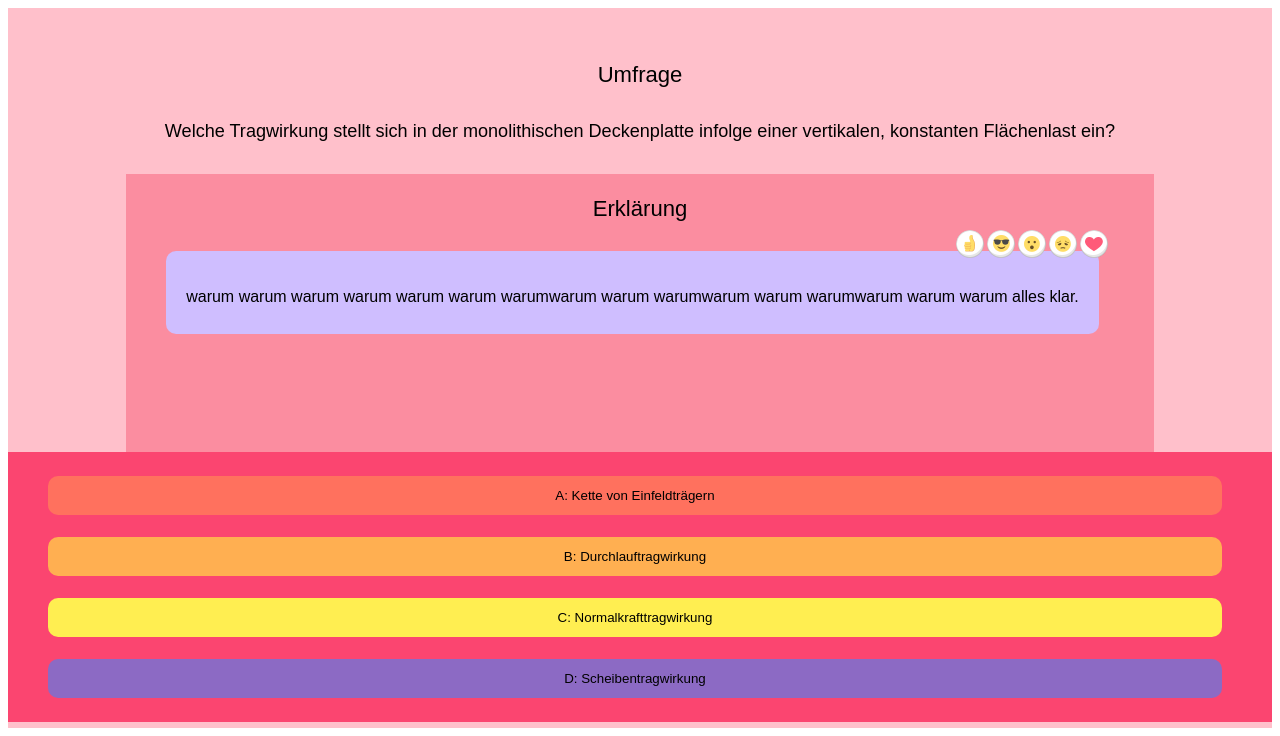
Repository: HyunraDate/Quinlan
Page: /Erklaerung
An editor plug-in stored every save of this project. The page is shown before and after the next save, followed by the edit.
The browser window is 1280 px wide. The pictures show the whole page.
The project was rebuilt for these pictures with package versions that can differ from the ones it lists, and the page was loaded fresh each time. Also part of the build but not shown: vite.config.js, src/views/Ergebnis1.vue, src/views/Ergebnis2.vue.

Above is the page before, as saved 2023-07-25 15:17:20.

### index.html
<!DOCTYPE html>
<html lang="en">
  <head>
    <meta charset="UTF-8" />
    <link rel="icon" type="image/svg+xml" href="/vite.svg" />
    <meta name="viewport" content="width=device-width, initial-scale=1.0" />
    <title>Vite + Vue</title>
  </head>
  <body>
    <div id="app"></div>
    <script type="module" src="/src/main.js"></script>
    <script
    src="https://cdnjs.cloudflare.com/ajax/libs/echarts/5.4.1/echarts.min.js"
    integrity="sha512-OTbGFYPLe3jhy4bUwbB8nls0TFgz10kn0TLkmyA+l3FyivDs31zsXCjOis7YGDtE2Jsy0+fzW+3/OVoPVujPmQ=="
    crossorigin="anonymous"
    referrerpolicy="no-referrer">
    </script>

  </body>
</html>

### src/main.js
import { createApp } from 'vue'
// import './style.css'
import './utils/rem'
import App from './views/FragePage.vue'
import router from './router'
import * as echarts from 'echarts/core'

const app=createApp(App)//用const = 去挂载
app.use(router) //要先use哦
app.provide("ec", echarts);

// app.config.globalProperties.$axios = axios.create({
//     baseURL: 'http://localhost:8000', // 设置axios的基本URL
//     headers: {
//     // 设置axios请求的头部信息
//     }
// });

//createApp(app).mount('#app')
app.mount('#app')

### src/utils/rem.js
//rem等比适配配置文件
// 基准大小
const baseSize = 16
// 设置 rem 函数
function setRem () {
        // 当前页面宽度相对于 1920宽的缩放比例，可根据自己需要修改。
    const scale = document.documentElement.clientWidth / 1920
    // 设置页面根节点字体大小（“Math.min(scale, 2)” 指最高放大比例为2，可根据实际业务需求调整）
    document.documentElement.style.fontSize = baseSize * Math.min(scale, 2) + 'px'
    // 初始化
    setRem()
    // 改变窗口大小时重新设置
    rem.window.onresize = function () { setRem() }
}

### src/views/FragePage.vue
<!-- <template>
    <div>
    <div class="flex-col page">
        <div class="flex-col items-center">
          span class="font_1">Umfrage</span>
      <br/>

      <body onload="run()">
        wird in <span id="spanId" style="color:#FE9637">60</span>Sekunden springen!
      </body>
    </div>
</template> -->
<script>
// import { useStore } from '@store/index'
// //先引入useRouter
// import { useRouter } from 'vue-router'

// export default {
//   const store = useStore()
//   const router = useRouter()
//   //通过定义一个方法，使用Router进行跳转
//   const test =()=>
//   router.push()
// }

// import { useRouter , useRoute } from 'vue-router'

// setup(){
//     const $router=useRouter()
//     const $route=useRoute()

//     // 对象 $router.push()可以向history对象添加新记录
//     $router.push({ path: 'Ergebnis1' })
// }


// return {
//   store,
//   //这里暴露test方法
//   test
// }
// 页面一加载完成，该方法就会执行
// 读秒，一秒钟数字改变一次

// export default { 唔可以系setup度用
//   methods: {
//     scrollTo(target) {
//       const element = this.$refs[target];
//       element.scrollIntoView({ behavior: 'smooth' });
//     }
//   }
// }

var x = 60;
var select = "Step3.html";

function run(){
  // 获取到的是span标签的对象
  var span = document.getElementById("spanId");
  // 获取span标签中间的文本
  span.innerHTML = x;
  x--;
  // 再让run方法执行呢，一秒钟执行一次
  if(x < 0)window.location = select;
  else window.setTimeout("run()", 1000);

};

function test(click){
  select = click;
}

export default {
  data() {
    return {
      isDisabled: false,
      showButton: true,
    };
  },
  //Falls du die Btns nicht zeigen möchtest
  // beforeRouteEnter(to, from, next) {
  //   next(vm => {
  //     vm.showButton = false
  //   })
  // },
  // mounted() {
  //   // 在页面加载时显示按钮
  //   this.showButton = true;
  // },
  // beforeDestroy() {
  //   // 在页面销毁之前隐藏按钮
  //   this.showButton = false;
  // },

  methods:{
    option1:function(){
      console.log(this.$router);
      // this.$router.plus('/') 这里跳转不了欸
      //this.$router.push({path:"/"}) //传入对象 但也跳转不了欸 push!唔系plus啊死蠢！
      //this.showButton = false;

      //带参数
      this.$router.push({path:'/Ergebnis1'}) //成功跳转了！！okok!!
      //this.$router.push({name:"almond",params:{id:Chocolat}}) //传参 这里传不到欸 // 试一下传right
      },

      option2:function(){
        console.log(this.$router);
        //this.showButton = false; //hier zeigt die Button nicht mehr, wie du möchtest

        //带参数
        this.$router.push({path:'/Ergebnis2'}) //成功跳转了！！okok!!
        //如果要动态传参

        //this.$router.push({name:"Ergebnis2",params:{id:A}}) //传参 这里传不到欸 // 试一下传worong
      },

      onClick() {
        // 在点击事件监听器中禁用按钮
        this.isDisabled = true;
        // 在每个按钮上使用 v-bind:disabled 指令，将其值绑定为 isDisabled，
        //当 isDisabled 为 true 时，按钮将被禁用。
        console.log("Button clicked")
      },
  },


}
</script>

<template>
<body >
<div>
  <!-- <div class="flex-col page"> </div>  太占位啦！-->
    <div class="flex flex-col items-center">
    <br/><br/><br/>
    <span class="font_1">Umfrage</span>
    <!--style="{
      margin: 0;
      font-size: 1.38rem;
      font-family: Inter;
      line-height: 1.63rem;
      color: #000000;
      font-family: 'Work Sans', sans-serif;
      text-align: center;
      }"-->
    <!-- <br/><br/> -->
    <span class="text">
    Welche Tragwirkung stellt sich in der monolithischen Deckenplatte infolge einer vertikalen, konstanten
    Flächenlast ein?
    </span>
  <router-view/>

<!-- onload="run()" 这里加载不了 这个onload function欸-->
<!-- wird in <span id="spanId" style="color:#FE9637">60</span>Sekunden springen! -->
</div>



<!-- 要页面跳转了
1、 router-link: <router-link to='/testDemo'>
                <button>点击跳转2</button>
                </router-link>

2、 this.$router.push('/a')
3、 get params ->  console.log(this.$route.params.a); -->
<div class="flex-col group space-y-22">

  <!-- <router-link to="Ergebnis2"><button class="flex-col justify-start items-center text-wrapper " type="submit">A: Kette von Einfeldträgern</button></router-link> -->
  <!-- <button class="flex-col justify-start items-center text-wrapper " type="submit" a href="Step3.html">A: Kette von Einfeldträgern</button> -->


  <!-- <router-link to="Ergebnis1"><button class="flex-col justify-start items-center text-wrapper_2 " type="submit">B: Durchlauftragwirkung</button></router-link> -->

  <!-- <router-link to="Ergebnis2"><button class="flex-col justify-start items-center text-wrapper_3" type="button">C: Normalkrafttragwirkung</button>
  </router-link> -->
<button v-on:click="onClick" :disabled="isDisabled" v-if="showButton" id ="A" class="flex-col justify-start items-center text-wrapper " type="submit" @click="option2">A: Kette von Einfeldträgern</button>

<button v-on:click="onClick" :disabled="isDisabled" v-if="showButton" id ="B" class="flex-col justify-start items-center text-wrapper_2" type="button" @click="option1">B: Durchlauftragwirkung</button>

<button v-on:click="onClick" :disabled="isDisabled" v-if="showButton" id ="C" class="flex-col justify-start items-center text-wrapper_3" type="button" @click="option2">C: Normalkrafttragwirkung</button>

<button v-on:click="onClick" :disabled="isDisabled" v-if="showButton" id ="D" class="flex-col justify-start items-center text-wrapper_4" type="button" @click="option2">D: Scheibentragwirkung</button>
</div>
</div>

</body>
</template>

<style scoped>
@import url("../css/halloween.css"); /*src = . */
/* .font_1{ /* didnt work
  position: center;
  } */

/*
使用深度选择器来写使样式生效。
有两种写法：

.a >>> .b {}
.a /deep/ .b
当你子组件使用了 scoped 但在父组件又想修改子组件的样式可以 通过 >>> 来实现：

<style scoped>
.a >>> .b { /* ...


将会编译成
.a[data-v-f3f3eg9] .b {
  /* ... */

</style>

### src/router/index.js
import {
    createRouter,
    createWebHashHistory,
    createWebHistory
  } from 'vue-router'

  // 1. 定义路由组件.
  // 也可以从其他文件导入

  // import Home from '../views/Home.vue'
  // import App from './App.vue' 原App好像不需要引入？
  import FragePage from '../views/FragePage.vue'
  import Ergebnis1 from '../views/Ergebnis1.vue' //1=true
  import Ergebnis2 from '../views/Ergebnis2.vue' //2=falsh
  import Erklaerung  from '../views/Erklaerung.vue'

  //import Step3 from '../views/Step3.html'


  //路由懒加载，用到时再加载（咪时好大，load又耐）
  // const About=()=>import('../views/About.vue') //然后Home放在下面path component后面就行啦
  //我加载不到惹

  // 2. 定义一些路由
  // 每个路由都需要映射到一个组件。
  // 我们后面再讨论嵌套路由。(hier写路由表)
  const routes = [

    /*{
      path:"/.id",
      redirect:(to)=>{
        console.log(to);
        return{path:"/.home"}
      } //都跳转不了欸 No match found for location with path "/home"
    },
    */

    /*{
      path: '/about',
      redirect: (to)=> {
        return {
          path: '/'
        }
      }
    },*/

    // { //这个Home的Hey已经能加载出来了欸
    //   path: '/',
    //   name:"home",
    //   component: Home
    // },

    {
        path: '/FragePage',
        component: FragePage
    },



  //   { path: '/about',
  //   component: About },

  //   { path: '/OptionA/:id', //路径参数 用冒号 : 表示。当一个路由被匹配时，它的 params 的值将在每个组件中以 this.$route.params 的形式暴露出来。
  //   component: OptionA },

    {
      path: "/Ergebnis1", //Ergebnis也成功挂载到了！
      component: Ergebnis1
    },
    {
      path: "/Ergebnis2", //Ergebnis也成功挂载到了！
      component: Ergebnis2
    },


    //Set动态路由 因为选项ABCD

    //     path: "/Sweet/:id*", //this is 动态参数啦 d.h 动态路由啦， i dont care what id u r ~
    //     //参数可有可无，但参数不能重复叠加
    //     //path:"/sweet/id?",
    //     component: Sweet
    //   },
    // {
    //   path: "/Step3", //这里要双引号哦
    //   component: Step3
    // },

    {
      path: "/Erklaerung", //这里要双引号哦
      component: Erklaerung
    },

    //   {
    //     path: "/Piggie",
    //     alias: ['/Airi','/Kazeo'], //你嘅nickname, two or more就用数组, 直接系导航栏输入path就得啦
    //     component: Piggie //为什么Piggie的子页面跳转不出来？而是home ->重新打Piggie的内容刷新就得啦！
    //   },

    //   {
    //     name: "almond", //路由名就叫sweet
    //     path: "/Sweet/:id*", //this is 动态参数啦 d.h 动态路由啦， i dont care what id u r ~
    //     //参数可有可无，但参数不能重复叠加
    //     //path:"/sweet/id?",
    //     component: Sweet
    //   },

    //   {
    //     //动态路由 参数一定是数字
    //     path: "/alcohol/:id",
    //     component: Alcohol,
    //     props:true
    //   },
  ]

  // 3. 创建路由实例并传递 `routes` 配置
  // 你可以在这里输入更多的配置，但我们在这里
  // 暂时保持简单
  const router = createRouter({
    // 4. 内部提供了 history 模式的实现。为了简单起见，我们在这里使用 hash 模式。 (Hash有#)
    //**hash不会向服务器发送请求！ */
    //history: createWebHashHistory(),

    //为了漂亮就用History模式，这样路径里就没有#号啦
    history: createWebHistory(),
    routes, // `routes: routes` 的缩写
  })

  //This is 全局守卫 （全球守卫）
  router.beforeEach((to, form, next) => {
    console.log(to);
    console.log(form);
    next()//like通行证
  })


  export default router

### src/css/halloween.css
/* 语法 @media mediaType and|not|only (media feature) {
  /*CSS-Code;*/
  /* 3、css中的vh和vm
  vh和vm是相对视口区域的宽高，即浏览器可视区域

  vw：1vw等于视口宽度的1%。
  vh：1vh等于视口高度的1%。

  使用场景：页面头部和尾部固定，中间内容若高度超出，则出现滚动条，但是整个页面不出现滚动条，
  在此情况下就要计算中间内容的高度，可以使用vh解决 */

  /* :root { why didnt work??
  font-family: 'Work Sans', sans-serif;
  line-height: 1.5;
  font-weight: 400;

  color-scheme: light dark;
  color: rgba(255, 255, 255, 0.87);
  background-color: #242424;

  font-synthesis: none;
  text-rendering: optimizeLegibility;
  -webkit-font-smoothing: antialiased;
  -moz-osx-font-smoothing: grayscale;
  -webkit-text-size-adjust: 100%;
  } */

  /* // 最大宽度为1280 （width-max: 1280）*/
@media (width: 100vw) {
  html {
    font-size: 1.88rem;
    font-weight: 500;
    font-family: 'Work Sans', sans-serif;
  }

  body {
    background: pink;
    height:100vh;
    margin: 0;
    -webkit-font-smoothing: antialiased;
    -moz-osx-font-smoothing: grayscale;

  }

  body * {
    box-sizing: border-box;
    flex-shrink: 0;
  }

  button {
    border-width: 0px;
    border-radius: 0.63rem;
  }
  button:hover{
    border:2px solid #FE9637;
    box-shadow:rgba(251, 161, 72, 0.66) 0 0 5px;
    transition:all .2s;
  }
  .flex-row {
    display: flex;
    flex-direction: row;
  }

  .flex-col {
    display: flex;
    flex-direction: column;
  }

  .justify-start {
    justify-content: flex-start;
  }

  .justify-end {
    justify-content: flex-end;
  }

  .justify-center {
    justify-content: center;
  }

  .justify-between {
    justify-content: space-between;
  }

  .justify-around {
    justify-content: space-around;
  }

  .justify-evenly {
    justify-content: space-evenly;
  }

  .items-start {
    align-items: flex-start;
  }

  .items-end {
    align-items: flex-end;
  }

  .items-center {
    align-items: center;
  }

  .items-baseline {
    align-items: baseline;
  }

  .items-stretch {
    align-items: stretch;
  }

  .self-start {
    align-self: flex-start;
  }

  .self-end {
    align-self: flex-end;
  }

  .self-center {
    align-self: center;
  }

  .self-baseline {
    align-self: baseline;
  }

  .self-stretch {
    align-self: stretch;
  }

  .flex-1 {
    flex: 1 1 0%;
  }

  .flex-auto {
    flex: 1 1 auto;
  }

  .grow {
    flex-grow: 1;
  }

  .grow-0 {
    flex-grow: 0;
  }

  .shrink {
    flex-shrink: 1;
  }

  .shrink-0 {
    flex-shrink: 0;
  }

  .relative {
    position: relative;
  }

  .font_1 {
    font-size: 1.38rem;
    font-family: Inter;
    line-height: 1.63rem;
    color: #000000;
    font-family: 'Work Sans', sans-serif;
    text-align: center;
  }

  .text {
    margin: 2rem;
    color: #000000;
    font-size: 1.13rem;
    font-family: Inter;
    line-height: 1.38rem;
    text-align: center;
    font-family: 'Work Sans', sans-serif;
  }
  /* .group {
    margin-top: 2rem;
    padding: 0 1.88rem;
  } */
  /* .space-y-22 > *:not(:first-child) {
    margin-top: 1.38rem;
  } */
  .text-wrapper {
    margin-right: 0.63rem;
    padding: 0.75rem 0;
    background-color: #FF715E;
  }
  .font_2 {
    font-size: 1rem;
    font-family: Inter;
    line-height: 0.97rem;
    color: #000000;
    font-family: 'Work Sans', sans-serif;
  }
  .text-wrapper_2 {
    margin-right: 0.63rem;
    padding: 0.75rem 0;
    background-color: #ffaf51;
    outline: none;
  }
  .text-wrapper_3 {
    margin-right: 0.63rem;
    padding: 0.75rem 0;
    background-color: #FFEE51;
  }
  .text-wrapper_4 {
    margin-right: 0.63rem;
    padding: 0.75rem 0;
    background-color: #8C6AC4;
  }
}
.group {
  padding-top: 1.5rem ;
  padding-bottom: 1.5rem ;
  padding-left: 2.5rem;
  padding-right: 2.5rem;
  background-color: #FB4570;
}

/* inportant! space between every Options! */
.space-y-22 > *:not(:first-child) {
  margin-top: 1.38rem;
}

### src/views/Erklaerung.vue
<template>
    <html lang="en">
  <!-- <head>
    <meta charset="UTF-8" />
    <meta http-equiv="X-UA-Compatible" content="IE=edge" />
    <meta name="viewport" content="width=device-width, initial-scale=1.0" />
    <title>codefun</title>
    <link rel="stylesheet" href="./Step4.css" />
    <script type="text/javascript" src="./Step4.js"></script>
  </head> -->
  <body>
    <div class="flex-col page space-y-10">
      <span class="self-center text">Erklärung</span>
      <div class="flex-col justify-start relative group">
        <div class="flex-col justify-start items-start text-wrapper">
          <span class="text_2">
            warum warum warum warum warum warum warumwarum warum warumwarum warum warumwarum warum warum alles klar.
          </span>
        </div>
        <img
          class="image pos_3"
          src="../images/surprise.png"
        />
        <img
          class="image pos_2"
          src="../images/cool.png"
        />
        <img
          class="image pos"
          src="../images/like.png"
        />
        <img
          class="image pos_5"
          src="../images/heart.png"
        />
        <img
          class="image pos_4"
          src="../images/sad.png"
        />
      </div>
      <!--<img
        class="self-end image_2"
        src="https://codefun-proj-user-res-1256085488.cos.ap-guangzhou.myqcloud.com/63986c125a7e3f0310fdabbc/63986c59717ee30011312a06/16709407860648366536.png"
      /> -->
    </div>
  </body>
</html>
</template>

<style scoped>
@import url("../css/Step4.css");
</style>

### src/css/Step4.css
html {
    font-size: 16px;
  }

  body {
    margin: 0;
    font-family: 'Work Sans', sans-serif;
    -webkit-font-smoothing: antialiased;
    -moz-osx-font-smoothing: grayscale;
    width: 100vw;
    height: 100vh;
  }

  body * {
    box-sizing: border-box;
    flex-shrink: 0;
  }

  /* .flex-row {
    display: flex;
    flex-direction: row;
  } */

  .flex-col {
    display: flex;
    flex-direction: column;
  }

  .justify-start {
    justify-content: flex-start;
  }

  .justify-end {
    justify-content: flex-end;
  }

  .justify-center {
    justify-content: center;
  }

  .justify-between {
    justify-content: space-between;
  }

  .justify-around {
    justify-content: space-around;
  }

  .justify-evenly {
    justify-content: space-evenly;
  }

  .items-start {
    align-items: flex-start;
  }

  .items-end {
    align-items: flex-end;
  }

  .items-center {
    align-items: center;
  }

  .items-baseline {
    align-items: baseline;
  }

  .items-stretch {
    align-items: stretch;
  }

  .self-start {
    align-self: flex-start;
  }

  .self-end {
    align-self: flex-end;
  }

  .self-center {
    align-self: center;
  }

  .self-baseline {
    align-self: baseline;
  }

  .self-stretch {
    align-self: stretch;
  }

  .flex-1 {
    flex: 1 1 0%;
  }

  .flex-auto {
    flex: 1 1 auto;
  }

  .grow {
    flex-grow: 1;
  }

  .grow-0 {
    flex-grow: 0;
  }

  .shrink {
    flex-shrink: 1;
  }

  .shrink-0 {
    flex-shrink: 0;
  }

  .relative {
    position: relative;
  }

  .page {
    padding-top: 1.5rem ;
    padding-bottom: 4rem ;
    padding-left: 2.5rem;
    padding-right: 2.5rem;
    background-color: #FB8DA0;
  }
  .space-y-10 > *:not(:first-child) {
    margin-top: 0.63rem;
  }
  .text {
    color: #000000;
    font-size: 1.38rem;
    font-family: Inter;
    line-height: 1.34rem;
    font-family: 'Work Sans', sans-serif;
  }
  .group {
    padding-top: 1.31rem;
    height: 9.88rem;
  }
  .text-wrapper {
    margin-right: 0.94rem;
    padding: 2.25rem 0 1.75rem;
    background-color: #cfbeff;
    border-radius: 0.63rem;
  }
  .text_2 {
    margin: 0 1.25rem;
    color: #000000;
    font-size: 1rem;
    font-family: Inter;
    line-height: 1.19rem;
    font-family: 'Work Sans', sans-serif;
  }
  .image {
    width: 1.75rem;
    height: 1.75rem;
  }
  .pos_3 {
    position: absolute;
    right: 4.25rem;
    top: 0;
    border-radius: 50%;
    border:none;
    }

  .pos_3:hover{
    border:2px solid #FE9637;
    box-shadow:rgba(251, 161, 72, 0.66) 0 0 5px;
    transition:all .2s;
    }

  .pos_2 {
    position: absolute;
    right: 6.19rem;
    top: 0;
    border-radius: 50%;
    border:none;
    }

  .pos_2:hover{
    border:2px solid #FE9637;
    box-shadow:rgba(251, 161, 72, 0.66) 0 0 5px;
    transition:all .2s;
    }

  .pos {
    position: absolute;
    right: 8.13rem;
    top: 0;
    border-radius: 50%;
    border:none;
    }

  .pos:hover{
    border:2px solid #FE9637;
    box-shadow:rgba(251, 161, 72, 0.66) 0 0 5px;
    transition:all .2s;
    }

  .pos_5 {
    position: absolute;
    right: 0.38rem;
    top: 0;
    border-radius: 50%;
    border:none;
    }

  .pos_5:hover{
    border:2px solid #FE9637;
    box-shadow:rgba(251, 161, 72, 0.66) 0 0 5px;
    transition:all .2s;
    }

  .pos_4 {
    position: absolute;
    right: 2.31rem;
    top: 0;
    border-radius: 50%;
    border:none;
    }

  .pos_4:hover{
    border:2px solid #FE9637;
    box-shadow:rgba(251, 161, 72, 0.66) 0 0 5px;
    transition:all .2s;
    }

  .image_2 {
    width: 6.31rem;
    height: 2.19rem;
    margin-top: 0.63rem;
  }

After the next save:
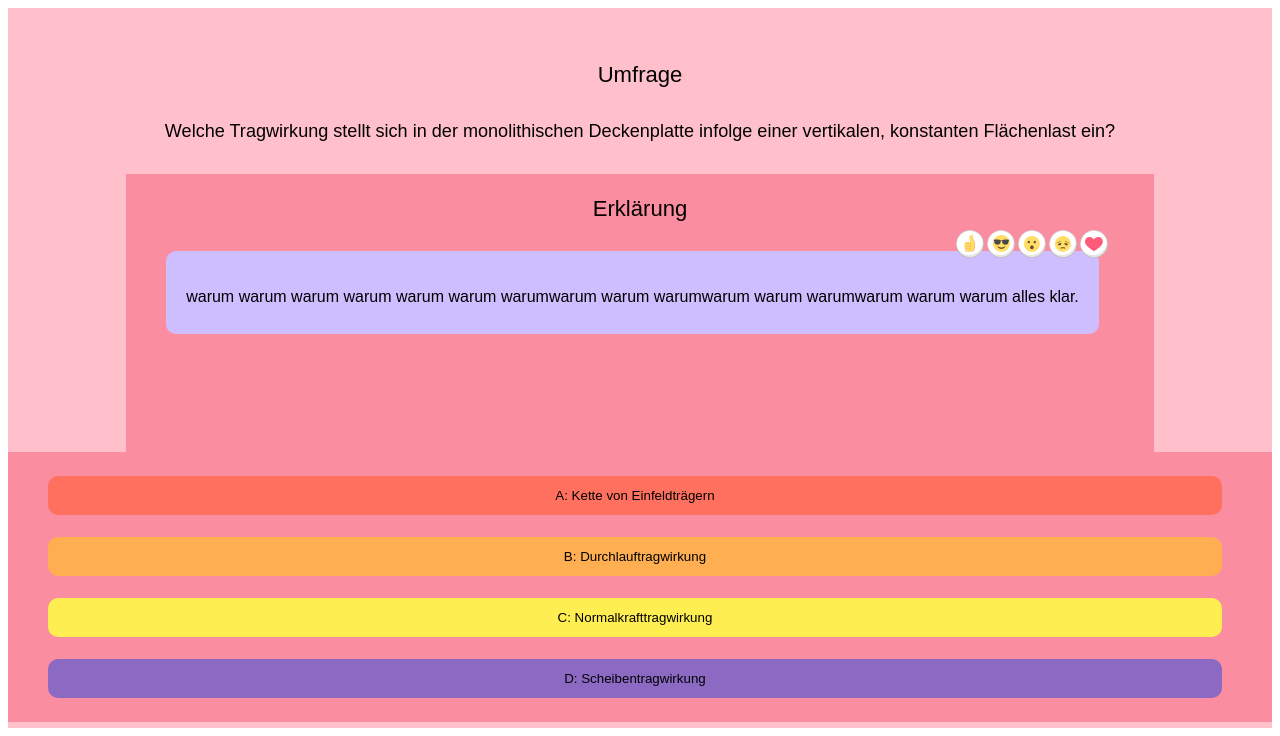
Saved 17 s later.
--- a/src/css/halloween.css
+++ b/src/css/halloween.css
@@ -217,7 +217,7 @@
   padding-bottom: 1.5rem ;
   padding-left: 2.5rem;
   padding-right: 2.5rem;
-  background-color: #FB4570;
+  background-color: #FB8DA0;
 }
 
 /* inportant! space between every Options! */
